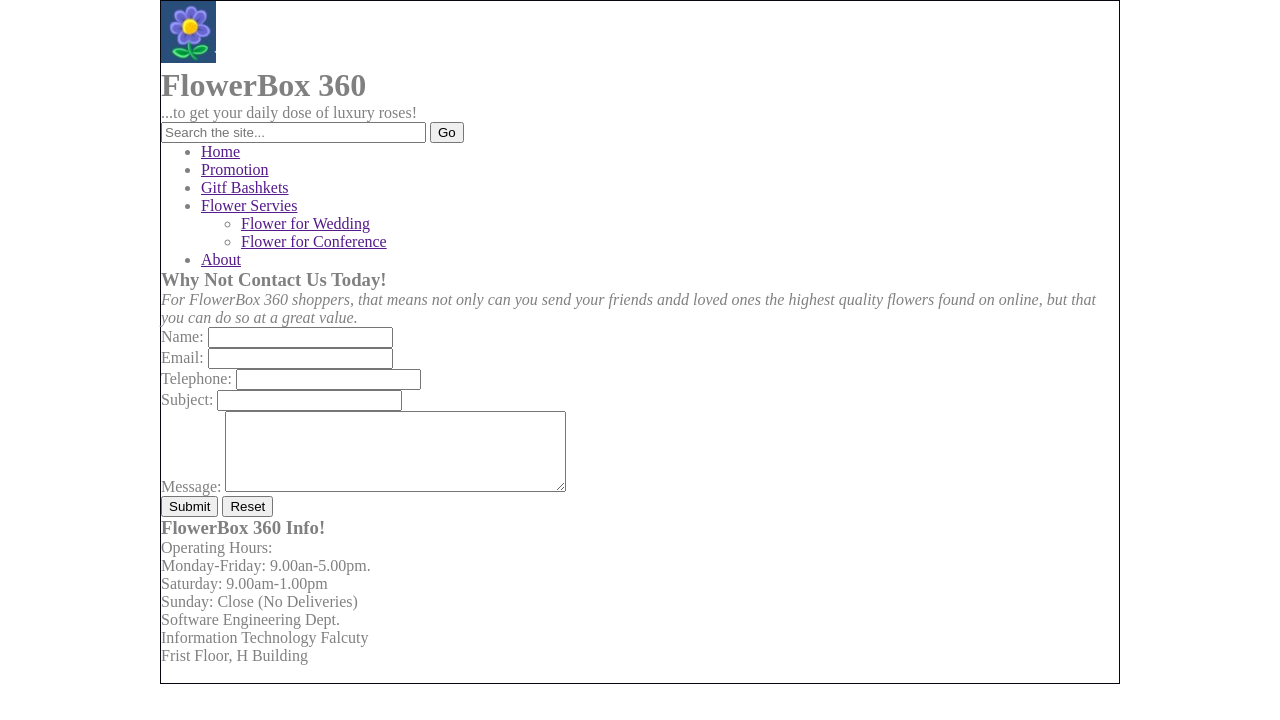
Repository: duongtheng/bai-tap-tuan-6
Page: html/index.html
These files come from the project's save history. The page is drawn as it stood at one moment and after the next save; the edit follows.
The browser window is 1280 px wide. The pictures show the whole page.

Above is the page before, as saved 2022-03-23 13:45:22.

### html/index.html
<!DOCTYPE html>
<html lang="en">
<head>
    <meta charset="UTF-8">
    <meta http-equiv="X-UA-Compatible" content="IE=edge">
    <meta name="viewport" content="width=device-width, initial-scale=1.0">
    <title>Tuan 06</title>
    <link rel="stylesheet" href="../css/style.css">
</head>
<body>
    <header>
        <img src="../img/logo.jpg" alt="">
        <h1>FlowerBox 360</h1>
        <p>...to get your daily dose of luxury roses!</p>
        <form action="">
            <input type="search" id="txtSearch" placeholder="Search the site..." size="30">
            <button>Go</button>
        </form>
        <ul class="menu-parent">
            <li><a href="">Home</a></li>
            <li><a href="">Promotion</a></li>
            <li><a href="">Gitf Bashkets</a></li>
            <li><a href="">Flower Servies</a>
                <ul class="menu-child">
                    <li><a href="">Flower for Wedding</a></li>
                    <li><a href="">Flower for Conference</a></li>
                </ul>
            </li>
            <li><a href="">About</a></li>
        </ul>
    </header>
    <section>
        <h3>Why Not Contact Us Today!</h3>
        <form action="">
            <p><i>For FlowerBox 360 shoppers, that means not only can you send your friends andd loved ones
                the highest quality flowers found on online, but that you can do so at a great value.
            </i></p>
            <div class="form-row">
                <div class="form-col">
                    <label for="txtName">Name: </label>
                    <input type="text" id="txtName">
                </div>
                <div class="form-col">
                    <label for="txtEmail">Email: </label>
                    <input type="email" id="txtEmail">
                </div>
            </div>
            <div class="form-row">
                <div class="form-col">
                    <label for="txtName">Telephone: </label>
                    <input type="text" id="txtName">
                </div>
                <div class="form-col">
                    <label for="txtEmail">Subject: </label>
                    <input type="email" id="txtEmail">
                </div>
            </div>
            <div class="form-row">
                <label for="txtMessage">Message: </label>
                <textarea id="txtMessage" cols="40" rows="5"></textarea>
            </div>
            <div class="form-row">
                <button type="submit">Submit </button>
                <button type="reset">Reset </button>
            </div>
        </form>

    <div id="section-right">
        <h3>FlowerBox 360 Info!</h3>
        <p>
            Operating Hours: <br> Monday-Friday: 9.00an-5.00pm. <br> Saturday: 9.00am-1.00pm <br> Sunday: Close (No Deliveries) <br>
        </p>
        <p>
            Software Engineering Dept. <br> Information Technology Falcuty <br> Frist Floor, H Building <br><br>
        </p>
    </div>
    </section>
</body>
</html>

### css/style.css
*{
    margin: 0 auto;
    box-sizing: border-box;
}

body{
    width: 960px;
    border: 1px solid rgb(6, 6, 14);
    color: gray;
}

After the next save:
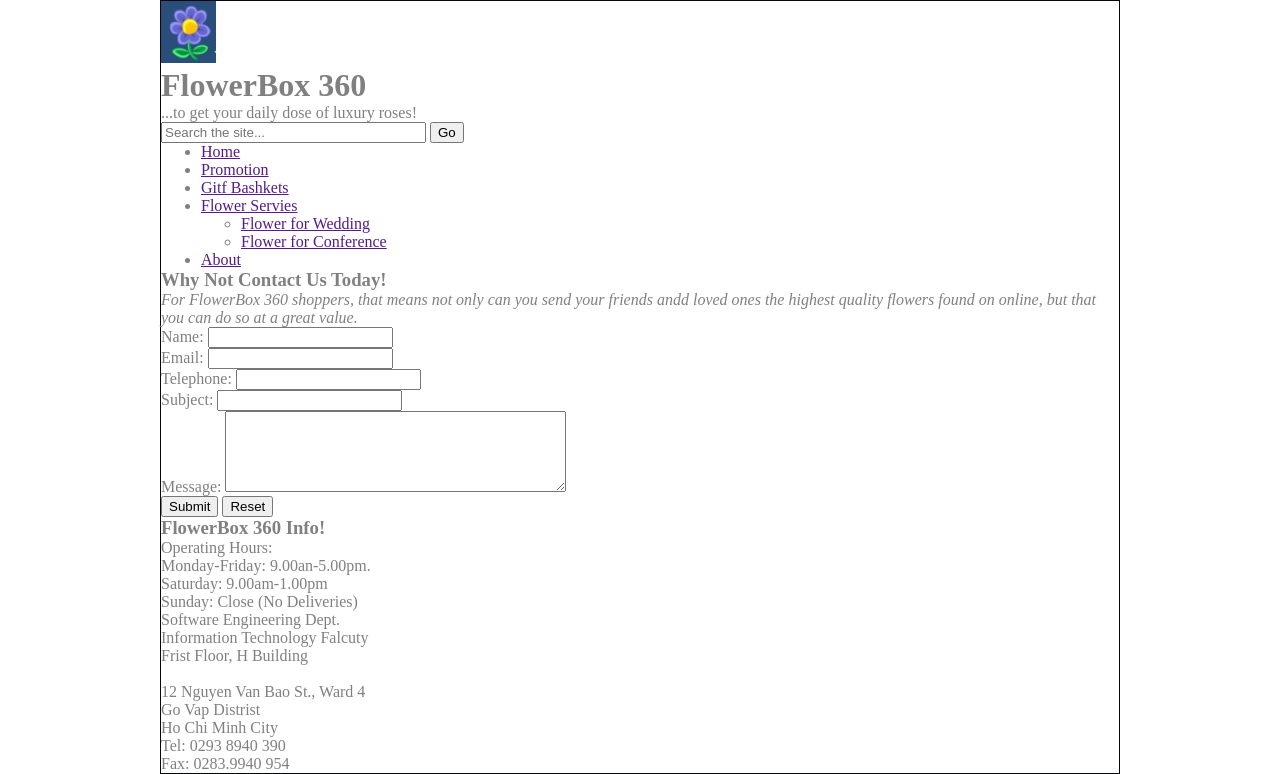
Saved 88 s later.
--- a/html/index.html
+++ b/html/index.html
@@ -73,6 +73,9 @@
         <p>
             Software Engineering Dept. <br> Information Technology Falcuty <br> Frist Floor, H Building <br><br>
         </p>
+        <p>
+            12 Nguyen Van Bao St., Ward 4 <br> Go Vap Distrist <br> Ho Chi Minh City <br> Tel: 0293 8940 390 <br> Fax: 0283.9940 954
+        </p>
     </div>
     </section>
 </body>
